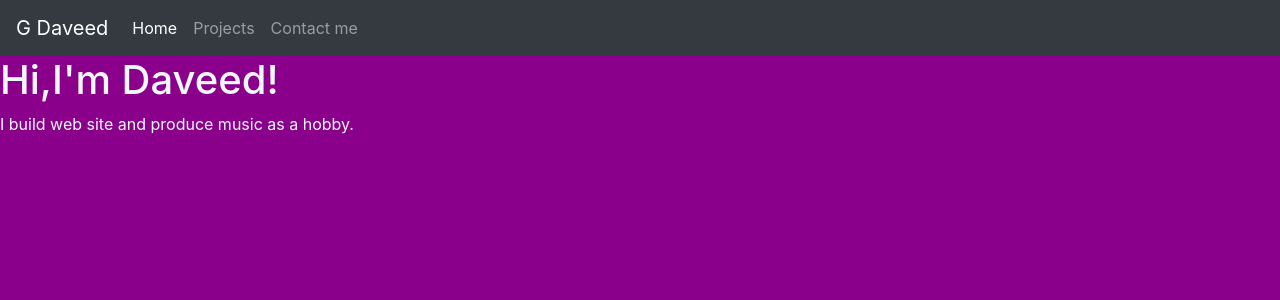
Repository: DaveedGangi/DaveedWebsite
Page: one.html
These files come from the project's save history. The page is drawn as it stood at one moment and after the next save; the edit follows.
The browser window is 1280 px wide. The pictures show the whole page.

Above is the page before, as saved 2023-09-25 12:10:19.

### one.html
<html>
    <head>
    <link rel="stylesheet" href="two.css"></link>
    <link rel="stylesheet" href="https://cdn.jsdelivr.net/npm/bootstrap@4.5.3/dist/css/bootstrap.min.css" integrity="sha384-TX8t27EcRE3e/ihU7zmQxVncDAy5uIKz4rEkgIXeMed4M0jlfIDPvg6uqKI2xXr2" crossorigin="anonymous">
    <script src="https://code.jquery.com/jquery-3.5.1.slim.min.js" integrity="sha384-DfXdz2htPH0lsSSs5nCTpuj/zy4C+OGpamoFVy38MVBnE+IbbVYUew+OrCXaRkfj" crossorigin="anonymous"></script>
    <script src="https://cdn.jsdelivr.net/npm/bootstrap@4.5.3/dist/js/bootstrap.bundle.min.js" integrity="sha384-ho+j7jyWK8fNQe+A12Hb8AhRq26LrZ/JpcUGGOn+Y7RsweNrtN/tE3MoK7ZeZDyx" crossorigin="anonymous"></script>



</head>

<body>
<div class="bgcontainer">
    <nav class="navbar navbar-expand-lg navbar-dark bg-dark">
        <a class="navbar-brand" href="#">G Daveed</a>
        <button class="navbar-toggler" type="button" data-toggle="collapse" data-target="#navbarNavAltMarkup" aria-controls="navbarNavAltMarkup" aria-expanded="false" aria-label="Toggle navigation">
          <span class="navbar-toggler-icon"></span>
        </button>
        <div class="collapse navbar-collapse" id="navbarNavAltMarkup">
          <div class="navbar-nav">
            <a class="nav-link active" href="#">Home <span class="sr-only">(current)</span></a>
            <a class="nav-link" href="#">Projects</a>
            <a class="nav-link" href="#">Contact me</a>

          </div>
        </div>
      </nav>


      <div class="mystory">
        <h1 class="hi">Hi,I'm Daveed!</h1>
        <p class="paragraph">I build web site and produce music as a hobby.</p>
      </div>





    </div>

</body>
</html>

### two.css
.bgcontainer {
    background-color: darkmagenta;
    height:100vh;
    background-size:cover;

}
.mystory{
    color:aliceblue;
    display: flex;
    flex-direction: column;
    justify-content: center;
    align:center;
}

After the next save:
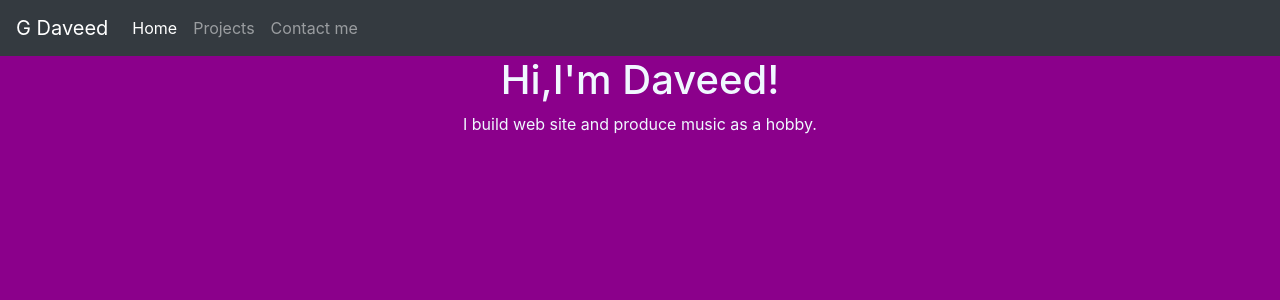
Saved 2 min 43 s later.
--- a/two.css
+++ b/two.css
@@ -9,5 +9,5 @@
     display: flex;
     flex-direction: column;
     justify-content: center;
-    align:center;
+    align-items:center;
 }

After the 3 saves that followed:
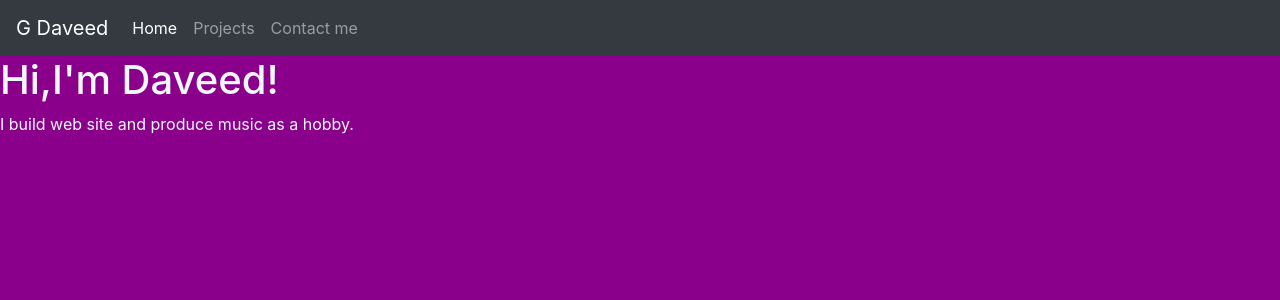
The 3 saves are shown as one change because 1 left the picture as it was and some came seconds apart.
The last was saved 50 s later.
--- a/two.css
+++ b/two.css
@@ -6,8 +6,5 @@
 }
 .mystory{
     color:aliceblue;
-    display: flex;
-    flex-direction: column;
-    justify-content: center;
-    align-items:center;
+
 }
